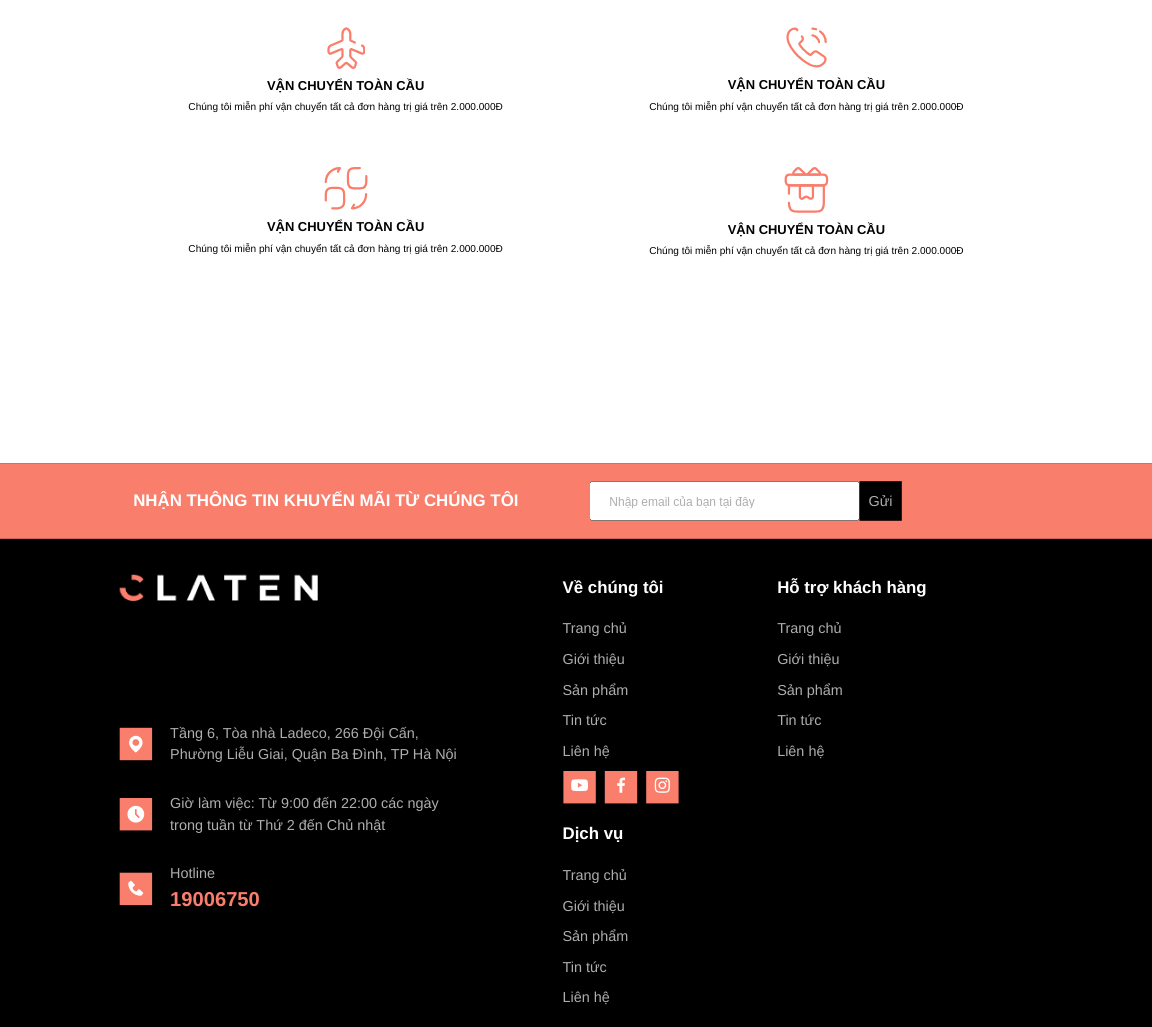
Repository: RennoPMXK/doan
Page: index.html
These files come from the project's save history. The page is drawn as it stood at one moment and after the next save; the edit follows.
The browser window is 1280 px wide. The pictures show the part of the page from y = 573 to 1720 px (the page is 1714 px tall before and 1720 px after), at 90% of full size.

Above is the page before, as saved 2021-11-16 19:58:43.

After the next save:
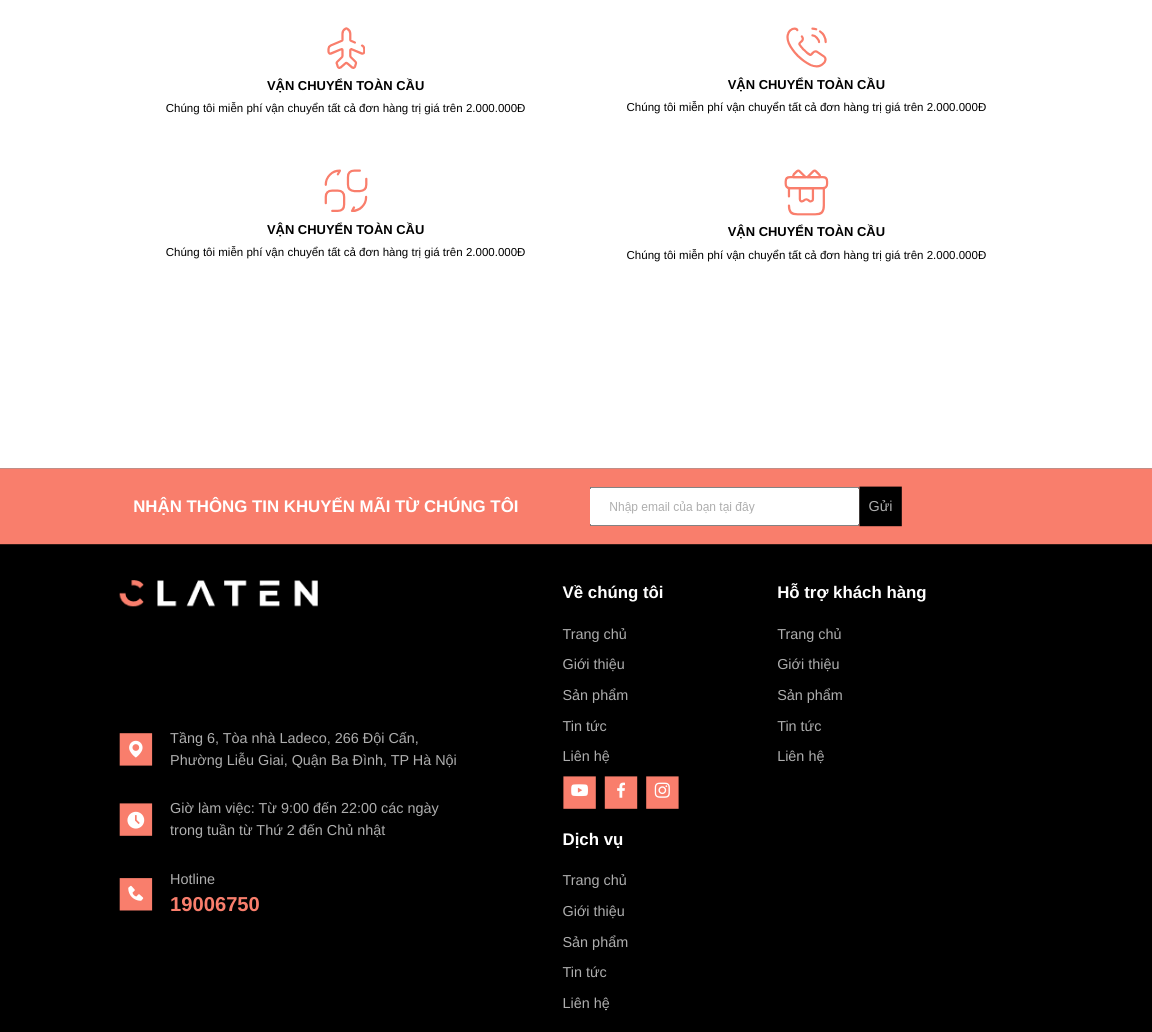
Saved 13 s later.
--- a/style.css
+++ b/style.css
@@ -353,7 +353,7 @@ li {
 }
 
 .hero-section-mini-item p {
-   font-size: 0.7rem;
+   font-size: 0.8rem;
 }
 /* footer */
 .footer {
